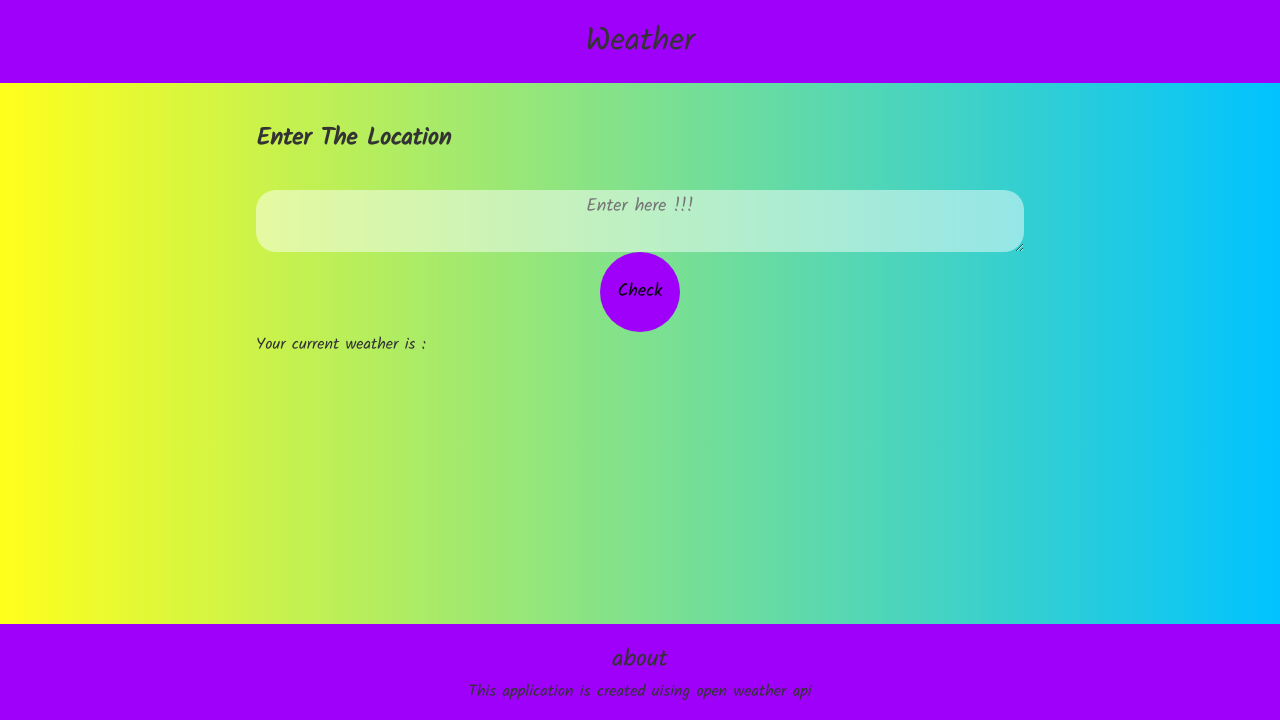
Repository: Irfan-vit/openapi
Page: index.html
The author's editor kept a copy of each file at every save. The page is drawn from the files as they stood at one save, then again after the next save.
The browser window is 1280 px wide. The pictures show the whole page.

Above is the page before, as saved 2021-05-27 23:47:38.

### index.html
<!DOCTYPE html>
<html lang="en">

<head>
    <meta charset="UTF-8">
    <meta http-equiv="X-UA-Compatible" content="IE=edge">
    <meta name="viewport" content="width=device-width, initial-scale=1.0">
    <title>Api</title>
    <link rel="stylesheet" href="style.css">
</head>

<body>

    <nav>
        <div style="font-size: 2rem; padding: 1rem;">
            Weather
        </div>

    </nav>

    <main>

        <h2>Enter The Location</h2>

        <textarea name="" id="txt-input" class="t-area" placeholder="Enter here !!!"></textarea>

        <button id="btn-translate">
            Check
        </button>

        <div>Your current weather is :</div>

        <div id="output" class="t-area">

        </div>

    </main>

    <footer>
        <div style="font-size: x-large;">about</div>
        <p>This application is created uising open weather api</p>
    </footer>



    <script src="app.js" type="text/javascript"></script>
</body>

</html>

### style.css
@import url('https://fonts.googleapis.com/css2?family=Kalam&display=swap');

* {
    box-sizing: border-box;
}

:root {
    --primary: #9e00fa;
    --black: #333333;
    --width-break:800px
}

body {
    margin: 0;
    font-family: 'Kalam', cursive;
    color: #333333;
    background: #00c3ff;  /* fallback for old browsers */
background: -webkit-linear-gradient(to right, #ffff1c, #00c3ff);  /* Chrome 10-25, Safari 5.1-6 */
background: linear-gradient(to right, #ffff1c, #00c3ff); /* W3C, IE 10+/ Edge, Firefox 16+, Chrome 26+, Opera 12+, Safari 7+ */

}

nav {
    background-color: var(--primary);
    text-align: center;
}

main {
    margin: auto;
    padding: 1rem;
    max-width: var(--width-break);
}

textarea {
    box-sizing: border-box;
    display: block;
    width: 100%;
    min-height: 5vh;
    margin-top: 2rem;
    font-size: large;
    font-family: inherit;
    background-color: #ffffff7a;
    border:none;
    border-radius:20px;
    text-align: center;
}

textarea:hover {
    box-sizing: border-box;
    display: block;
    width: 100%;
    min-height: 5vh;
    margin-top: 2rem;
    font-size: large;
    font-family: inherit;
    background-color: #ffffff;
    border-radius:20px;
    border: none;
    text-align: center;
}

button {
    background-color: var(--primary);
    border: none;
    margin: 8rem 0rem;
    font-family: 'Kalam', cursive;
    font-size: large;
    cursor: pointer;
    height: 80px;
    width: 80px;
    border-radius: 200px;
    text-align: center;
    margin:auto;
    display:block;

}


#output {
    box-sizing: border-box;
    width: 100%;
    min-height: 10vh;
    max-height: 20vh;
    /* border: 1px solid var(--black); */
}

footer {
    position: fixed;
    bottom: 0;
    width: 100%;
    padding: 1rem;
    background-color: var(--primary);
    text-align: center;
}

footer p {
    max-width: var(--width-break);
    margin: auto;
}

### app.js
var btnTranslate = document.querySelector("#btn-translate");
var txtInput = document.querySelector("#txt-input");
var outputDiv = document.querySelector('#output')
var serverURL = "https://api.openweathermap.org/data/2.5/weather?q="
var key = "&appid=49257f6591cfc3ed8daf0b5970d519cb"

function getTranslationURL(text) {
    return serverURL + text + key
}

function errorHandler(error) {
    console.log("error occured", error)
    alert("something went wrong  :  " + error)
}

function clickHandler() {
    // outputDiv.innerText = "translated  " + txtInput.value + "  To : bababbababababababa ";

    var inputText = txtInput.value;

    fetch(getTranslationURL(inputText))
        .then(response => response.json())
        .then(json => {
            var translatedText = "Country : " + json['sys']['country'] + " | tempreature : " + json['main']['temp'] + " | weather : " +  json['weather'][0]['description'] + " | longitude : " + json['coord']['lon'] + " | latitude : " + json['coord']['lat'] + " | wind speed : " + json['wind']['speed'] + " | Wind direction, degrees : " + json['wind']['deg'];
            outputDiv.innerText = translatedText;
            })
    };


btnTranslate.addEventListener("click", clickHandler)

After the next save:
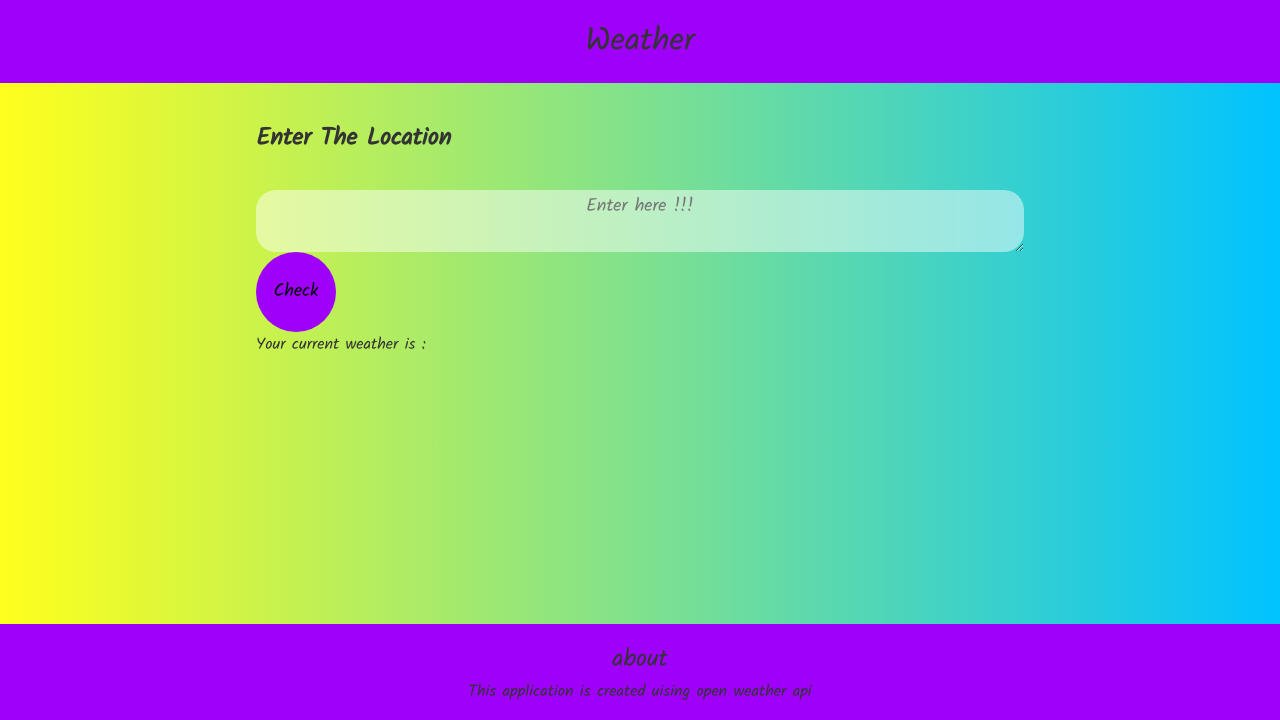
Saved 24 s later.
--- a/style.css
+++ b/style.css
@@ -71,7 +71,7 @@
     border-radius: 200px;
     text-align: center;
     margin:auto;
-    display:block;
+    display:imnblock;
 
 }
 

After the 3 saves that followed:
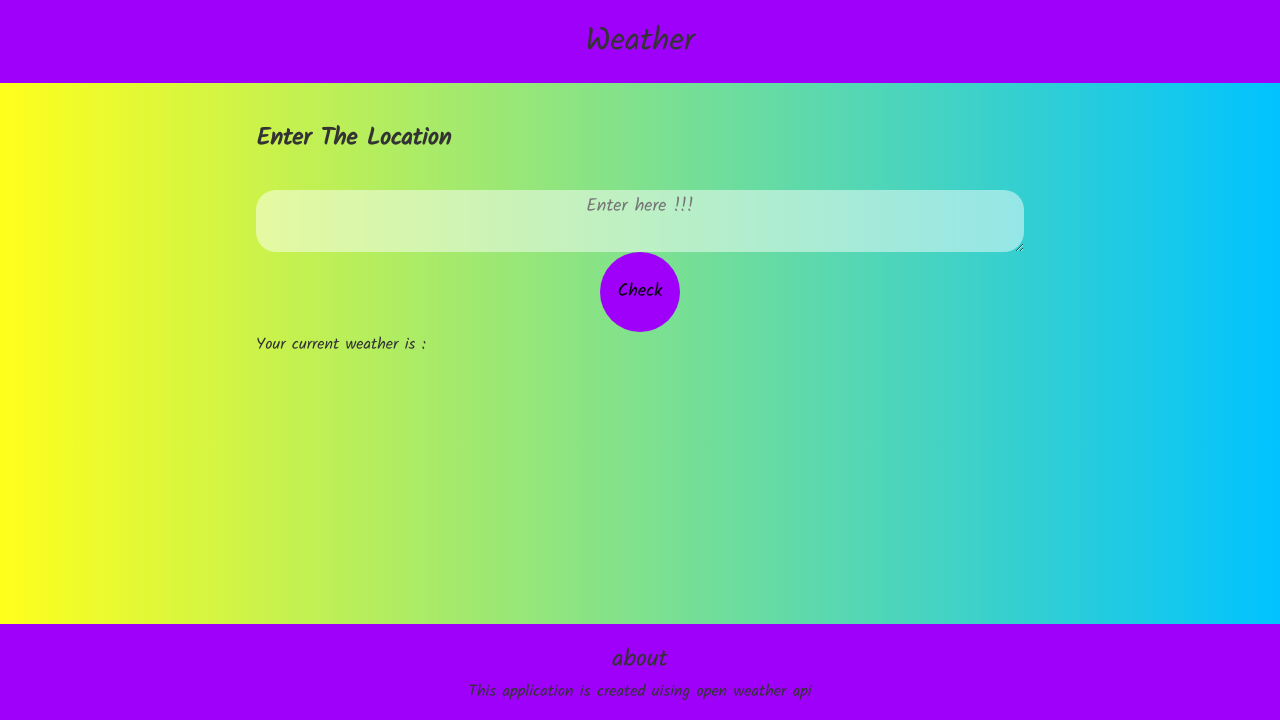
The 3 saves are shown as one change because 1 left the picture as it was and some came seconds apart.
The last was saved 15 s later.
--- a/style.css
+++ b/style.css
@@ -71,7 +71,7 @@
     border-radius: 200px;
     text-align: center;
     margin:auto;
-    display:imnblock;
+    display:block;
 
 }
 
